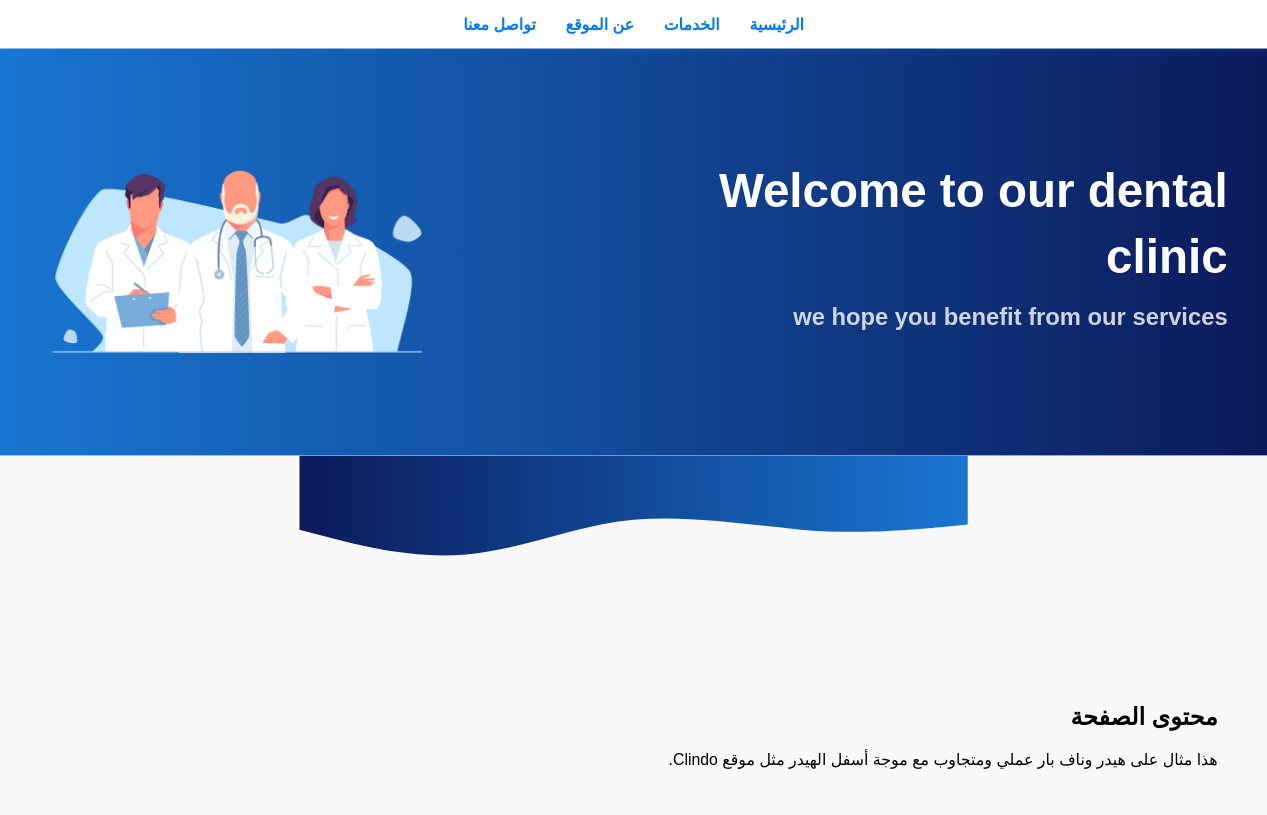
Repository: mysite4/s
Page: http://localhost/
An editor plug-in stored every save of this project. The page is shown before and after the next save, followed by the edit.
The browser window is 1280 px wide. The pictures show the whole page, at 99% of full size.
Some web fonts or font styles are not loaded; a fallback is used. The page is served by the project's application, run on Django 5.2 (manage.py).

Above is the page before, as saved 2025-10-19 22:27:09.

After the next save:
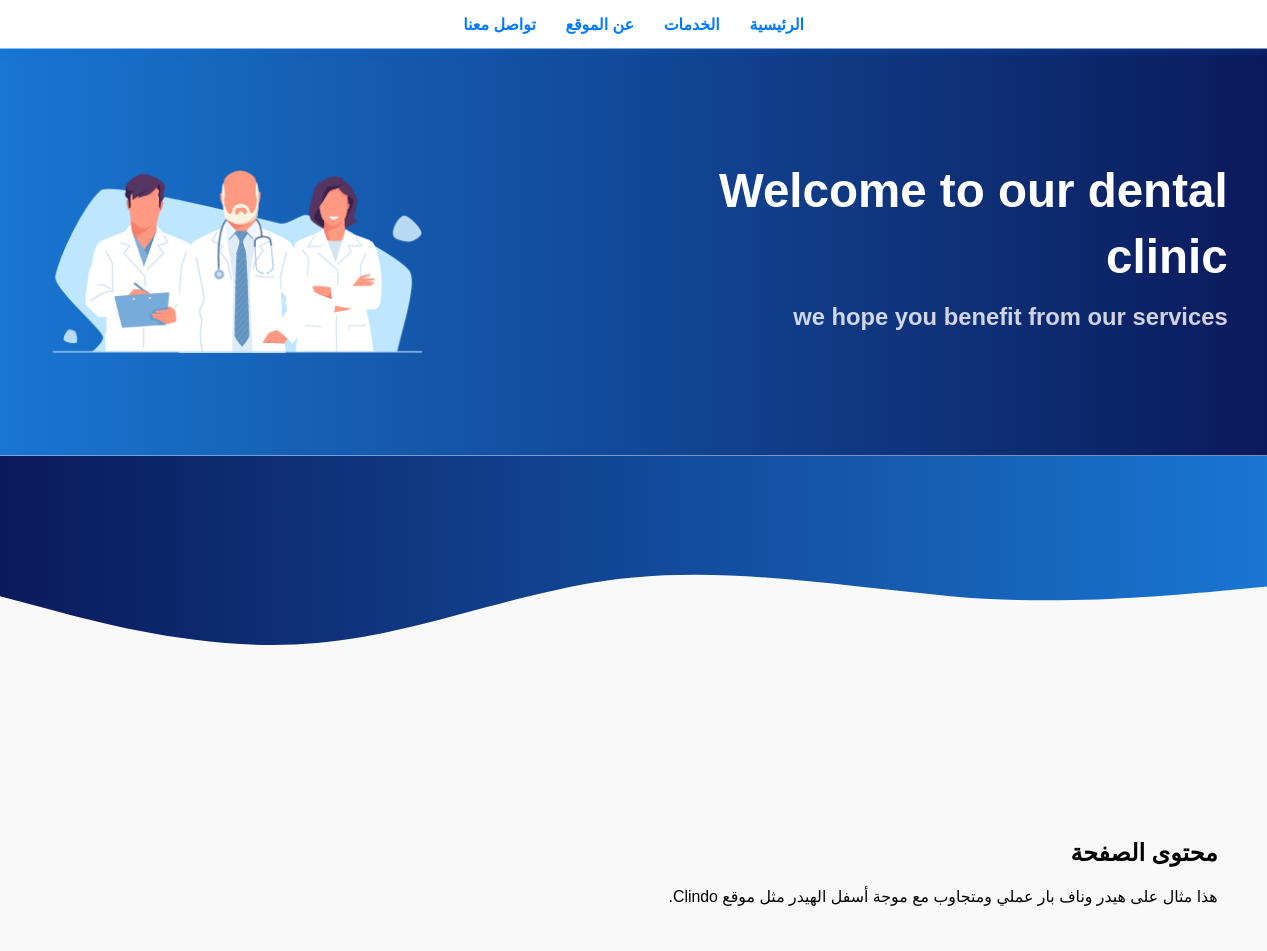
Saved 32 s later.
--- a/main/static/css/style.css
+++ b/main/static/css/style.css
@@ -93,12 +93,6 @@ header {
   border-radius: 15px;
 }
 
-/* الموجة داخل الهيدر */
-.waves {
-  width: 100%;
-  height: 150px;
-  display: block;
-}
 
 /* محتوى الصفحة */
 main {
